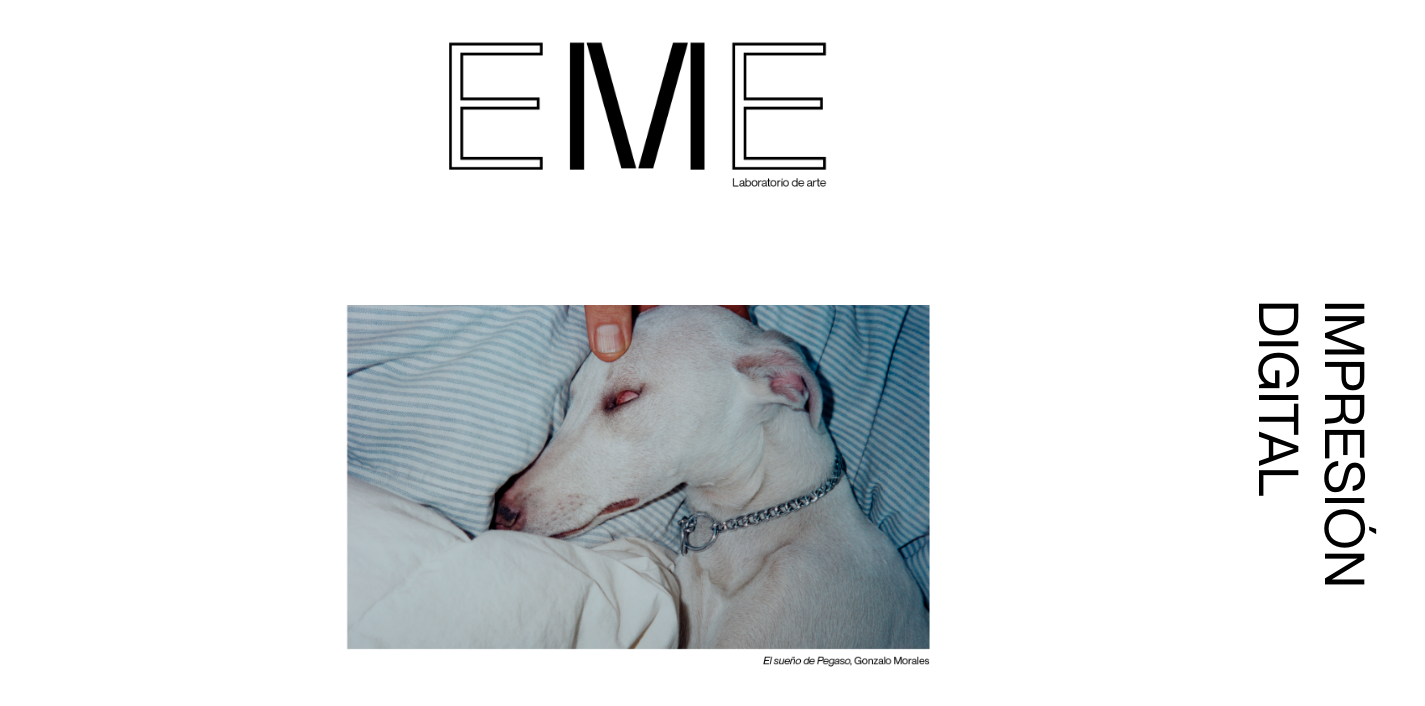
Repository: Manuelujano/eme-lab
Page: /
The author's editor kept a copy of each file at every save. The page is drawn from the files as they stood at one save, then again after the next save.
The browser window is 1280 px wide. The page is 1425 px wide, so the pictures cover 1425 px, including what lies to the right of the window. The pictures show the whole page.
Some web fonts or font styles are not loaded; a fallback is used. The project was rebuilt for these pictures with package versions that can differ from the ones it lists, and the page was loaded fresh each time. Also part of the build but not shown: src/components/Motion.js, src/components/Prueba.js, src/components/Digital.js, src/components/Trail.js.

Above is the page before, as saved 2020-10-26 13:00:03.

After the next save:
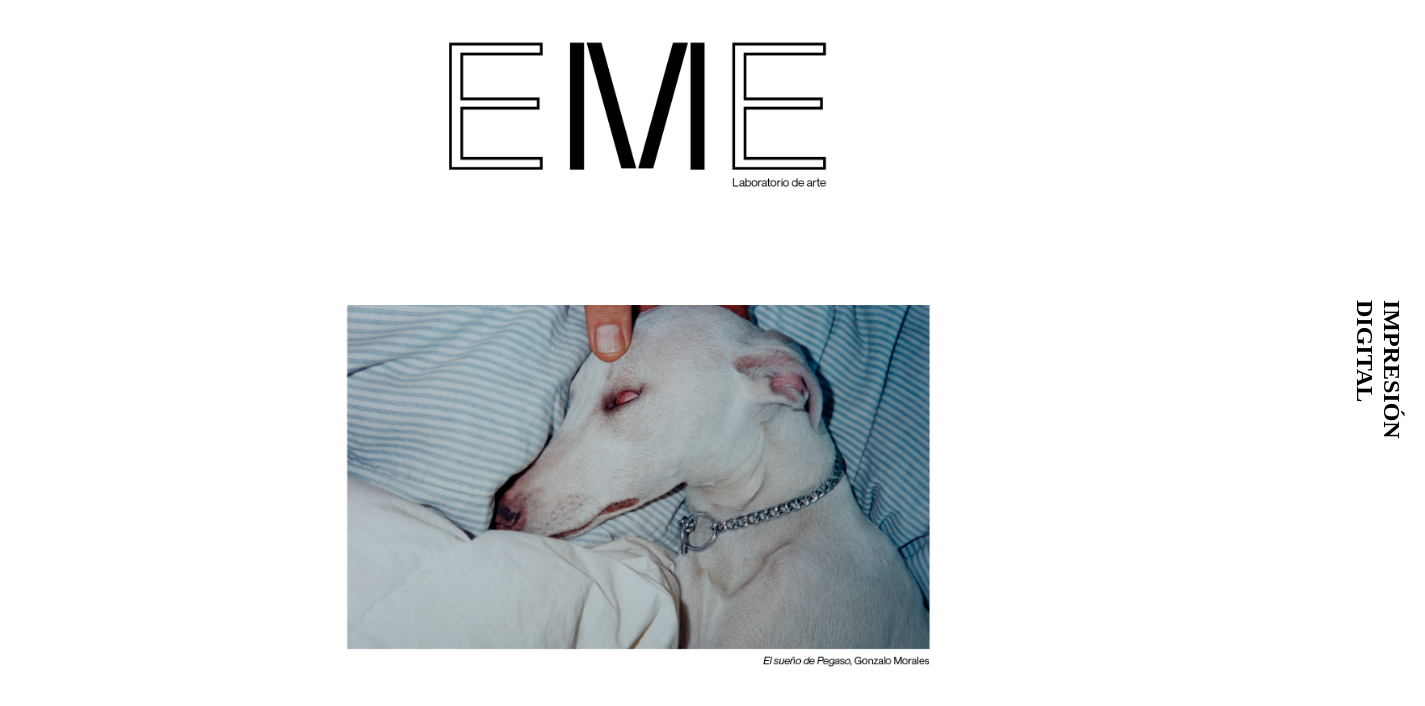
Saved 12 min 48 s later.
--- a/src/index.css
+++ b/src/index.css
@@ -69,7 +69,7 @@ code {
   width: 600px;
 }
 
-.digital {
+.titulos {
   font-size: 55px;
   font-family: 'Montreal';
   font-weight: 100;
